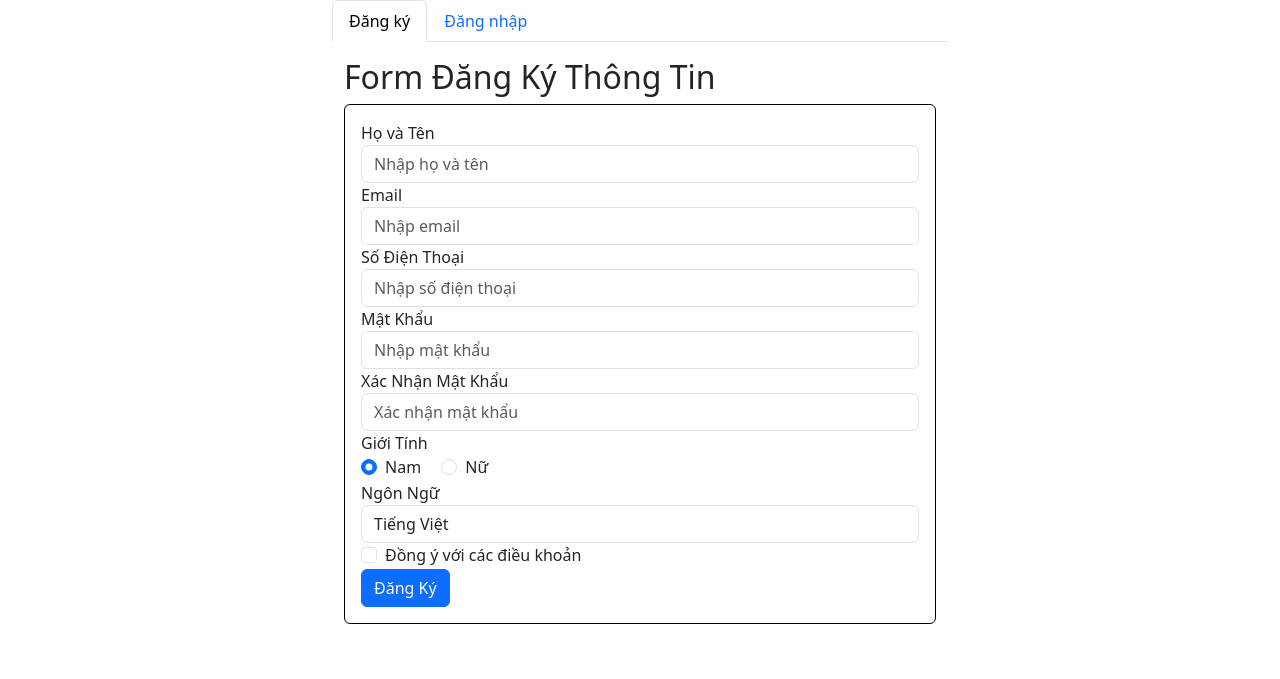
Repository: KizukoHeiwa/SOF308
Page: Lab2/bai3.html
These files come from the project's save history. The page is drawn as it stood at one moment and after the next save; the edit follows.
The browser window is 1280 px wide. The pictures show the whole page.

Above is the page before, as saved 2024-11-07 10:19:49.

### Lab2/bai3.html
<!DOCTYPE html>
<html lang="en">

<head>
    <meta charset="UTF-8">
    <meta name="viewport" content="width=device-width, initial-scale=1.0">
    <title>FPT Polytechnic</title>
</head>

<body>
    <div class="container-fluid w-50">
        <ul class="nav nav-tabs" role="tablist">
            <li class="nav-item">
                <a href="#register" class="nav-link active" data-bs-toggle="tab">Đăng ký</a>
            </li>
            <li class="nav-item">
                <a href="#login" class="nav-link" data-bs-toggle="tab">Đăng nhập</a>
            </li>
        </ul>
        <div class="tab-content">
            <div id="register" class="container tab-pane active mt-3">
                <h2>Form Đăng Ký Thông Tin</h2>
                <form class="border border-black rounded p-3">
                    <div class="form-group">
                        <label for="fullName">Họ và Tên</label>
                        <input type="text" class="form-control" id="fullName" placeholder="Nhập họ và tên">
                    </div>
                    <div class="form-group">
                        <label for="email">Email</label>
                        <input type="email" class="form-control" id="email" placeholder="Nhập email">
                    </div>
                    <div class="form-group">
                        <label for="phoneNumber">Số Điện Thoại</label>
                        <input type="text" class="form-control" id="phoneNumber" placeholder="Nhập số điện thoại">
                    </div>
                    <div class="form-group">
                        <label for="password">Mật Khẩu</label>
                        <input type="password" class="form-control" id="password" placeholder="Nhập mật khẩu">
                    </div>
                    <div class="form-group">
                        <label for="confirmPassword">Xác Nhận Mật Khẩu</label>
                        <input type="password" class="form-control" id="confirmPassword"
                            placeholder="Xác nhận mật khẩu">
                    </div>
                    <div class="form-group">
                        <label>Giới Tính</label><br>
                        <div class="form-check form-check-inline">
                            <input class="form-check-input" type="radio" name="gender" id="genderMale" value="male" checked>
                            <label class="form-check-label" for="genderMale">Nam</label>
                        </div>
                        <div class="form-check form-check-inline">
                            <input class="form-check-input" type="radio" name="gender" id="genderFemale" value="female">
                            <label class="form-check-label" for="genderFemale">Nữ</label>
                        </div>
                    </div>
                    <div class="form-group">
                        <label for="language">Ngôn Ngữ</label>
                        <select class="form-control" id="language">
                            <option>Tiếng Việt</option>
                            <option>English</option>
                        </select>
                    </div>
                    <div class="form-group form-check">
                        <input type="checkbox" class="form-check-input" id="agreeTerms">
                        <label class="form-check-label" for="agreeTerms">Đồng ý với các điều khoản</label>
                    </div>
                    <button type="submit" class="btn btn-primary">Đăng Ký</button>
                </form>
            </div>
            <div id="login" class="container tab-pane fade mt-3">
                <h2>Form Đăng Nhập</h2>
                <form>
                    <div class="form-group">
                        <label for="loginEmail">Email</label>
                        <input type="email" class="form-control" id="loginEmail" placeholder="Nhập email">
                    </div>
                    <div class="form-group">
                        <label for="loginPassword">Mật Khẩu</label>
                        <input type="password" class="form-control" id="loginPassword" placeholder="Nhập mật khẩu">
                    </div>
                    <button type="submit" class="btn btn-primary">Đăng Nhập</button>
                </form>
            </div>
        </div>
    </div>
    <link href="https://cdn.jsdelivr.net/npm/bootstrap@5.3.3/dist/css/bootstrap.min.css" rel="stylesheet">
    <link rel="stylesheet" href="https://cdnjs.cloudflare.com/ajax/libs/font-awesome/6.0.0-beta3/css/all.min.css">
    <script src="https://cdn.jsdelivr.net/npm/bootstrap@5.3.3/dist/js/bootstrap.bundle.min.js"></script>
</body>

</html>

After the next save:
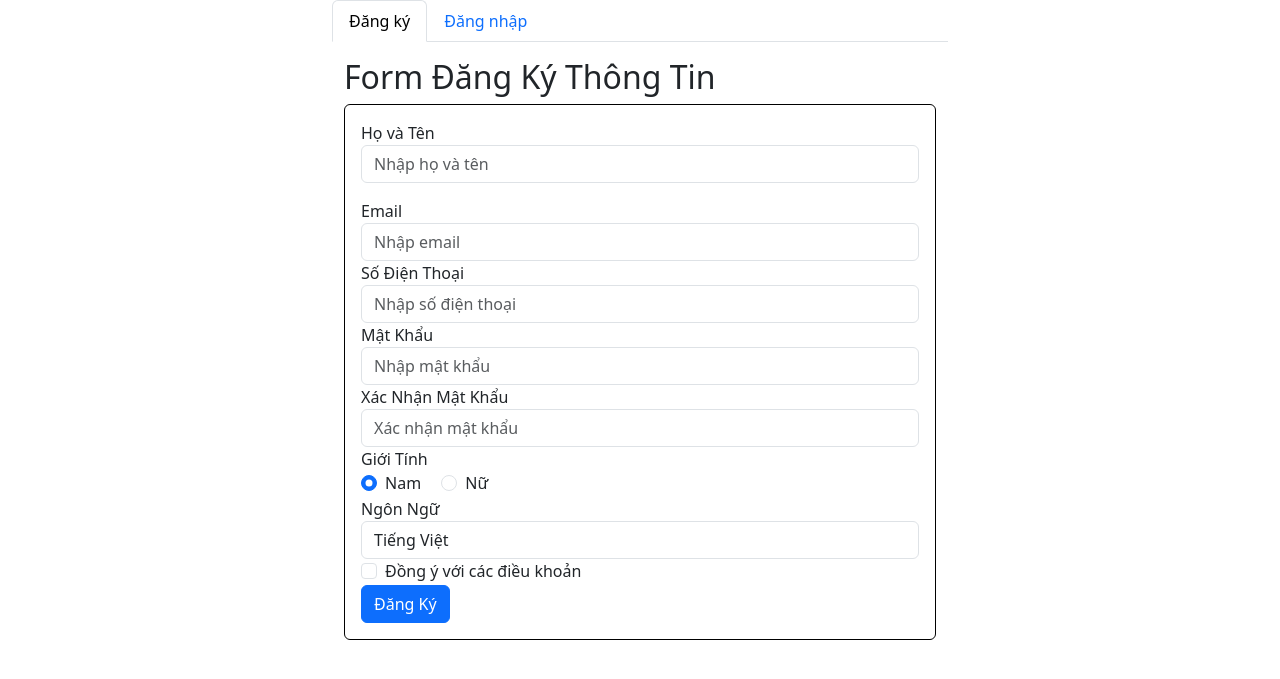
Saved 43 s later.
--- a/Lab2/bai3.html
+++ b/Lab2/bai3.html
@@ -21,7 +21,7 @@
             <div id="register" class="container tab-pane active mt-3">
                 <h2>Form Đăng Ký Thông Tin</h2>
                 <form class="border border-black rounded p-3">
-                    <div class="form-group">
+                    <div class="form-group mb-3">
                         <label for="fullName">Họ và Tên</label>
                         <input type="text" class="form-control" id="fullName" placeholder="Nhập họ và tên">
                     </div>
